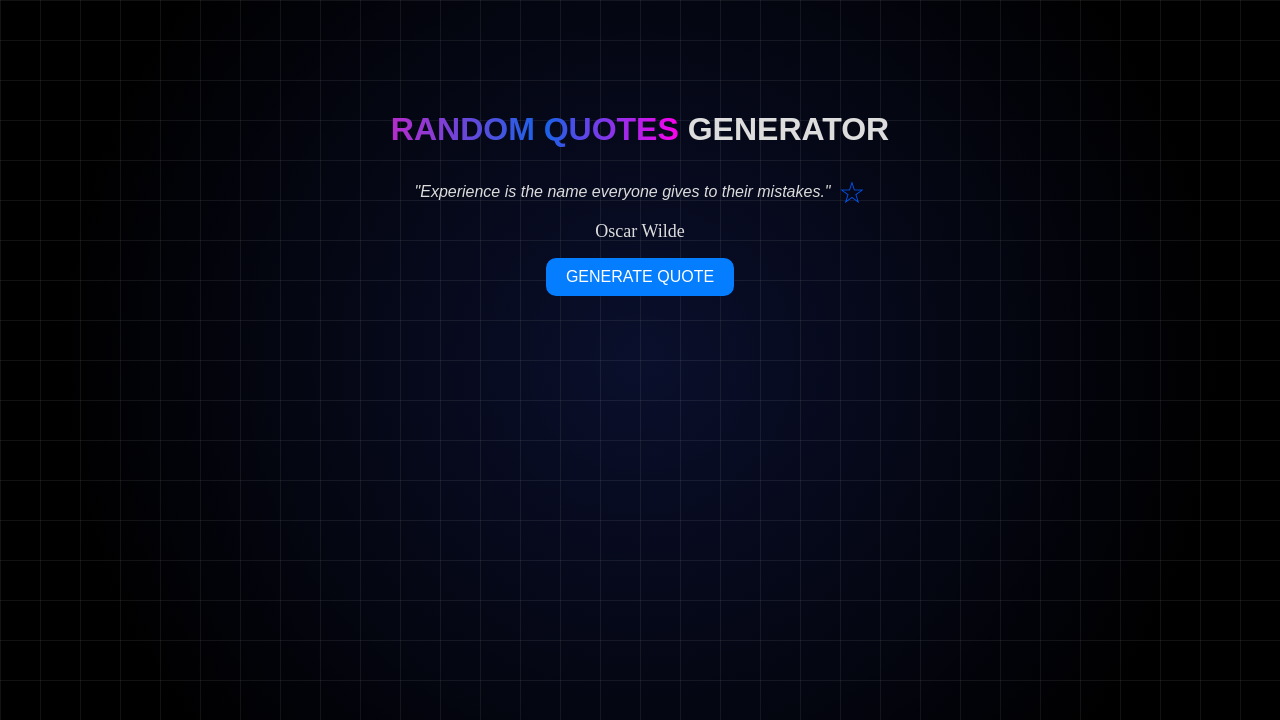
Repository: Adel-la/random-quotes
Page: index.html
The author's editor kept a copy of each file at every save. The page is drawn from the files as they stood at one save, then again after the next save.
The browser window is 1280 px wide. The pictures show the whole page.

Above is the page before, as saved 2025-06-25 22:37:21.

After the next save:
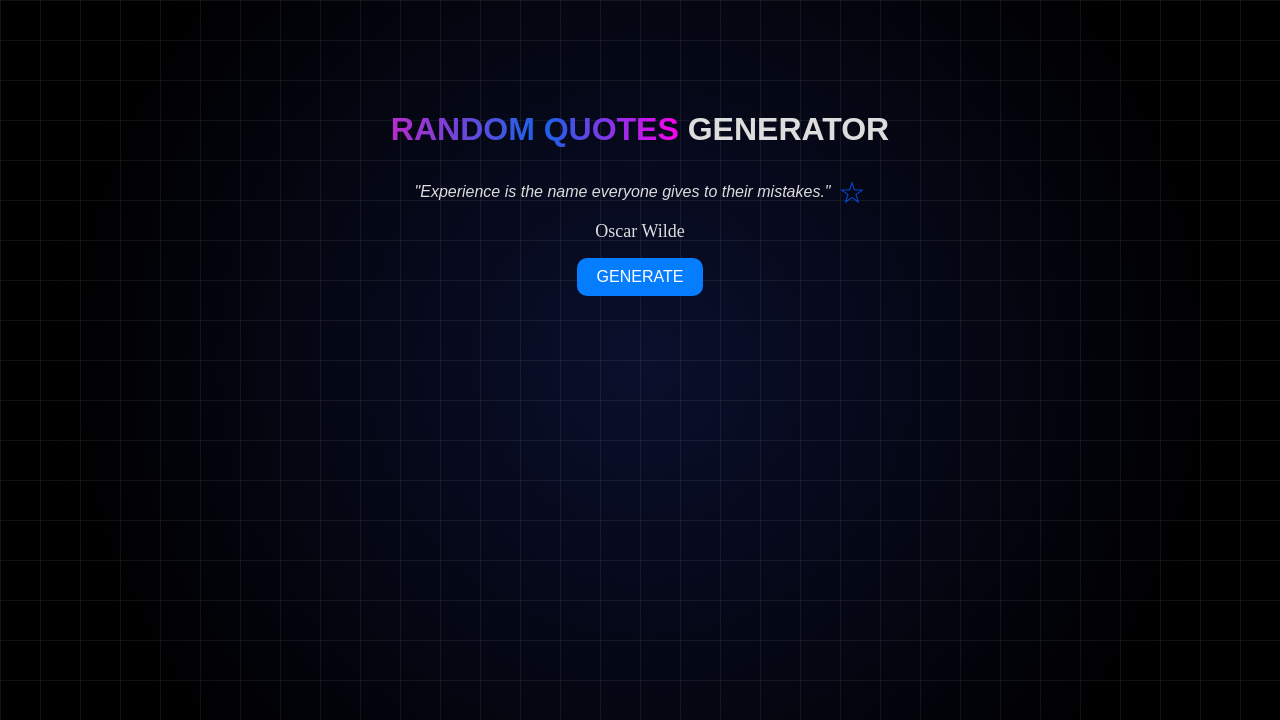
Saved 15 s later.
--- a/index.html
+++ b/index.html
@@ -13,7 +13,7 @@
       <button id="favorite" class="favorite">☆</button>
     </div>
     <p id="author" class="quote-author"></p>
-    <button id="generate" class="btn">GENERATE QUOTE</button>
+    <button id="generate" class="btn">GENERATE</button>
 
     <div id="favorites-container" class="container"></div>
   </mainс>
